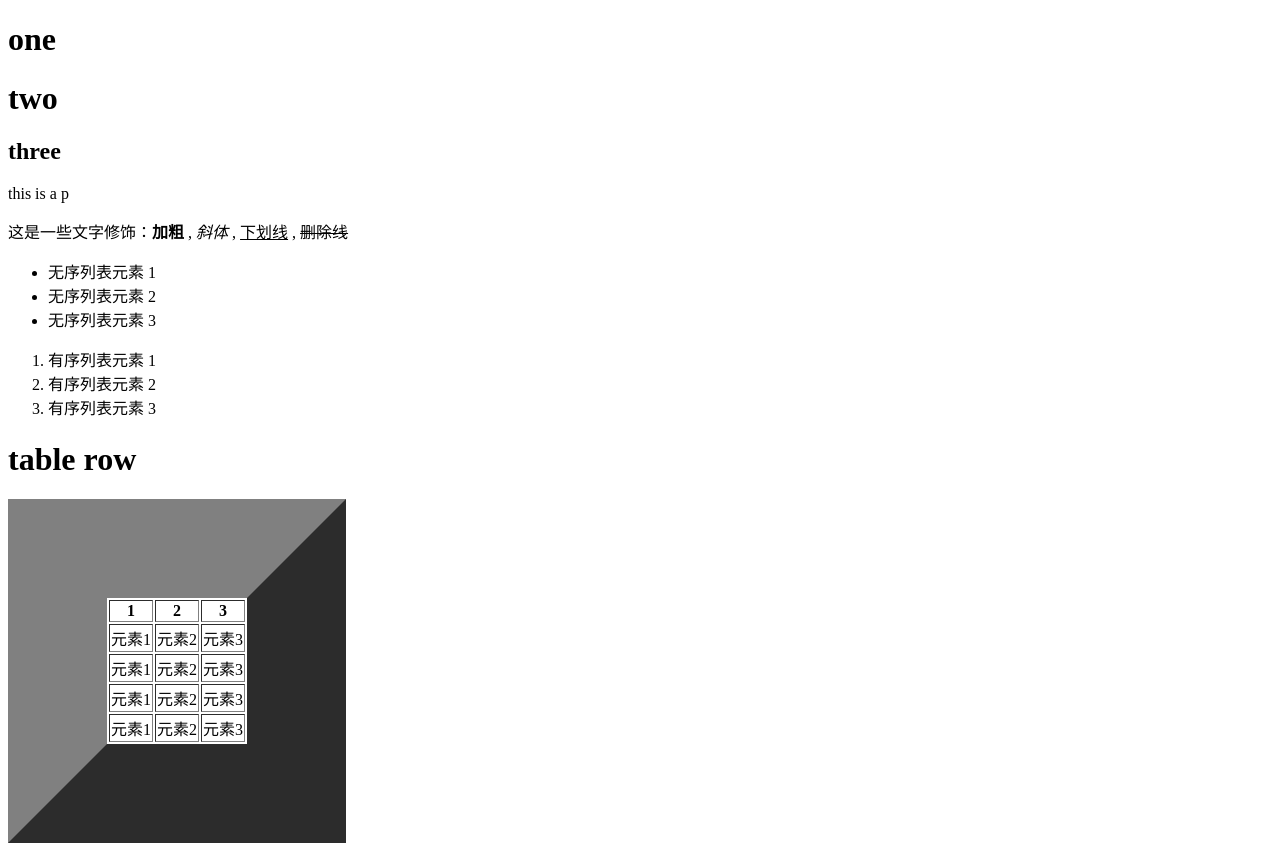
Repository: supercubes/Web
Page: first.html
The author's editor kept a copy of each file at every save. The page is drawn from the files as they stood at one save, then again after a run of saves.
The browser window is 1280 px wide. The pictures show the whole page.

Above is the page before, as saved 2025-03-21 20:20:16.

After the next 2 saves:
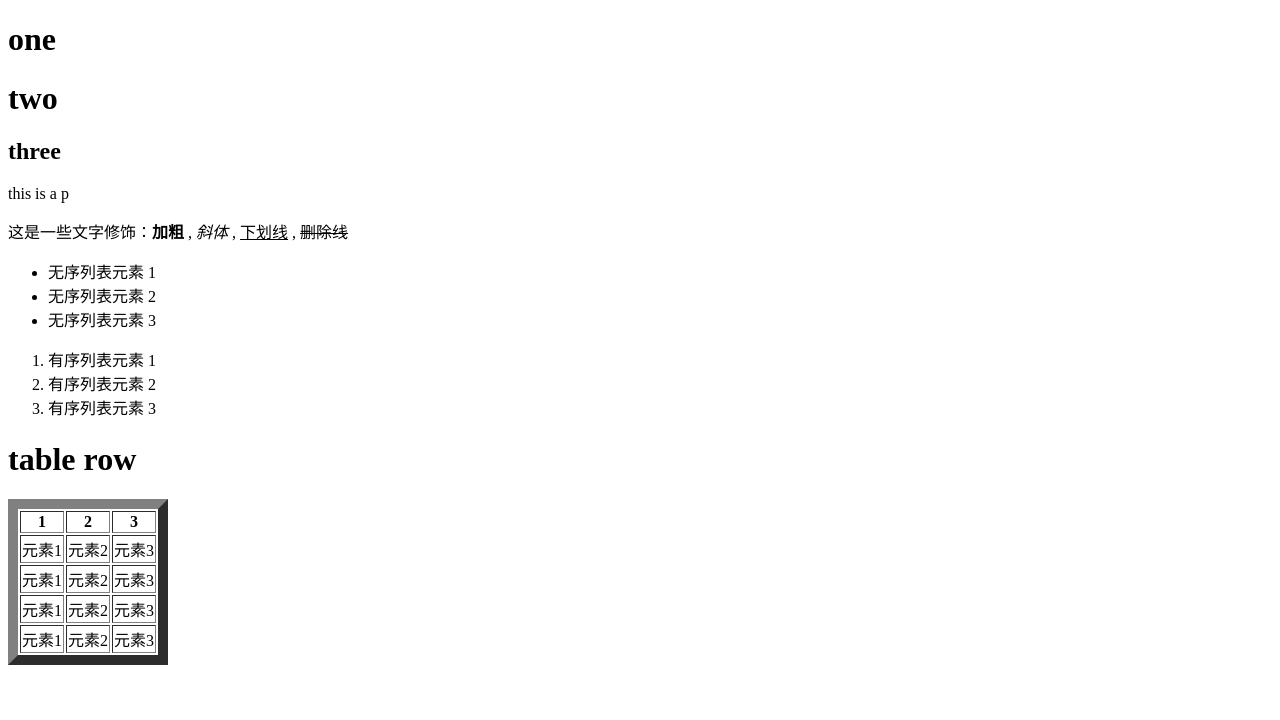
The 2 saves are shown as one change because they came seconds apart.
The last was saved 8 s later.
--- a/first.html
+++ b/first.html
@@ -25,7 +25,7 @@
     <li>有序列表元素 3</li>
 </ol>
 <h1>table row</h1>
-<table border="99">
+<table border="10">
     <tr>
         <th>1</th>
         <th>2</th>
